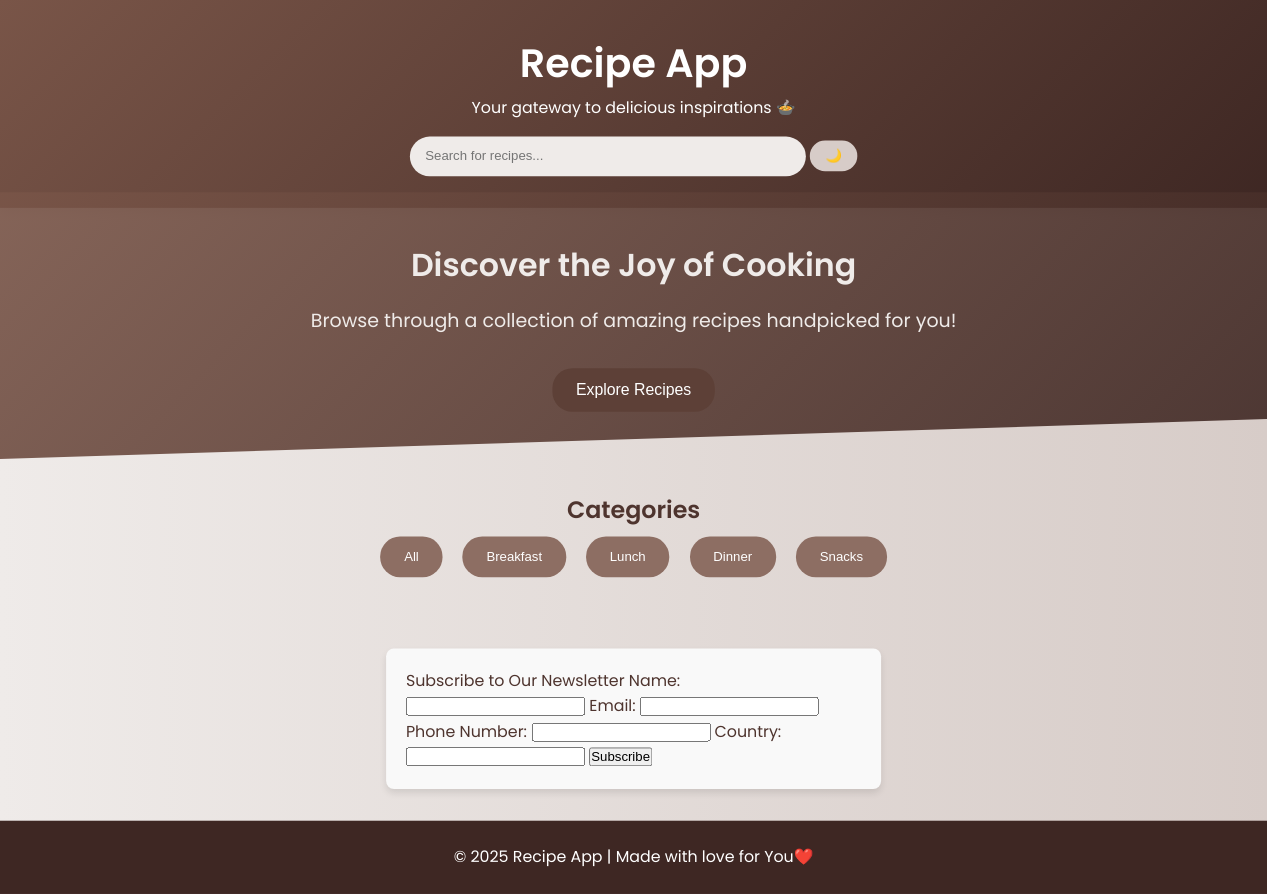
Repository: Patience225/recipe-app
Page: index.html
An editor plug-in stored every save of this project. The page is shown before and after the next save, followed by the edit.
The browser window is 1280 px wide. The pictures show the whole page, at 99% of full size.

Above is the page before, as saved 2025-01-30 03:41:41.
Console error: TypeError: Cannot read properties of null (reading 'addEventListener')

After the next save:
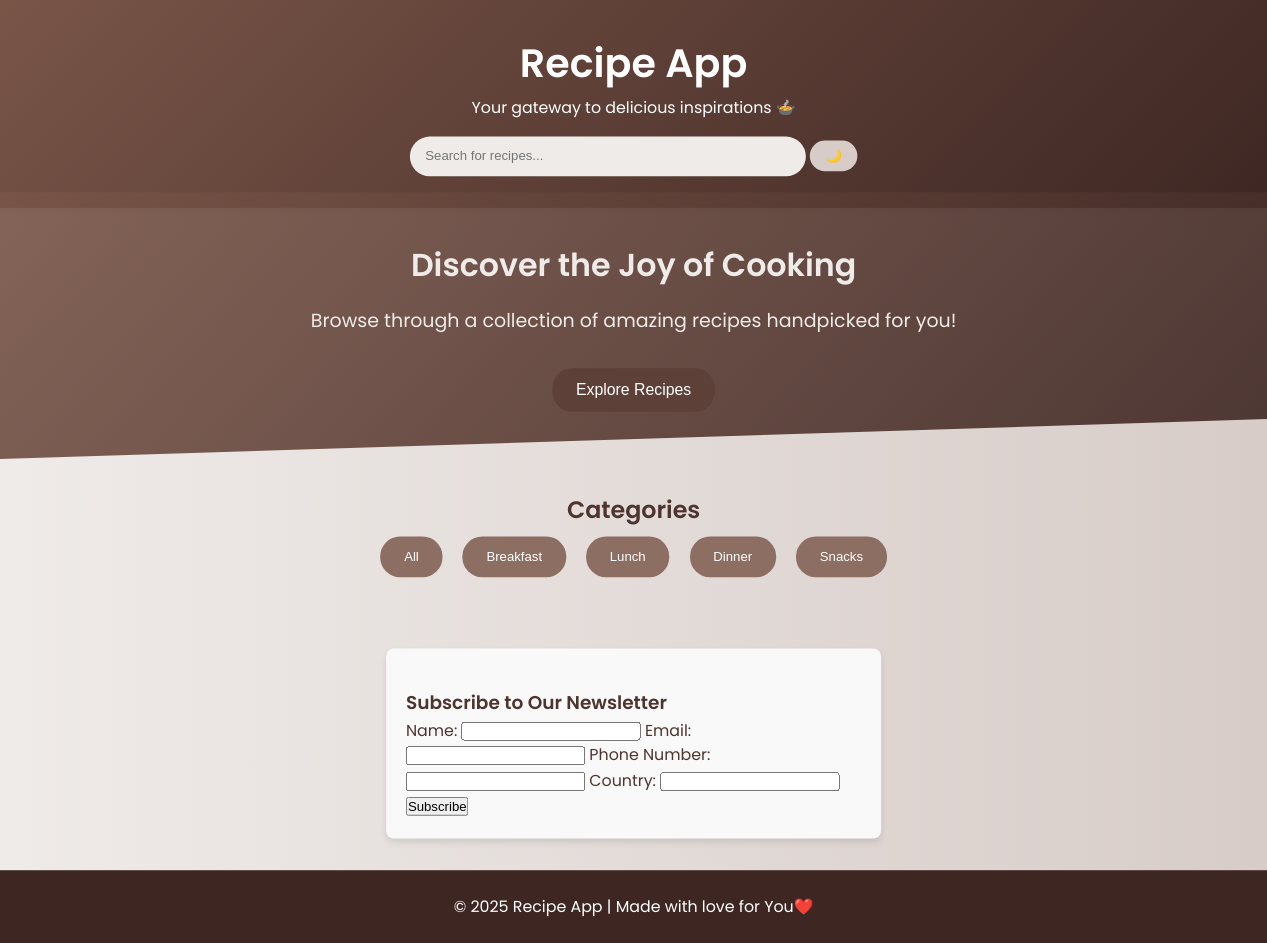
Saved 6 s later.
--- a/index.html
+++ b/index.html
@@ -48,7 +48,7 @@
   </div>
 
   <div id="recipe-form-container">
-    <h>Subscribe to Our Newsletter</h>
+    <h3>Subscribe to Our Newsletter</h3>
       <label for="user-name">Name:</label>
       <input type="text" id="user-name" required>
 
